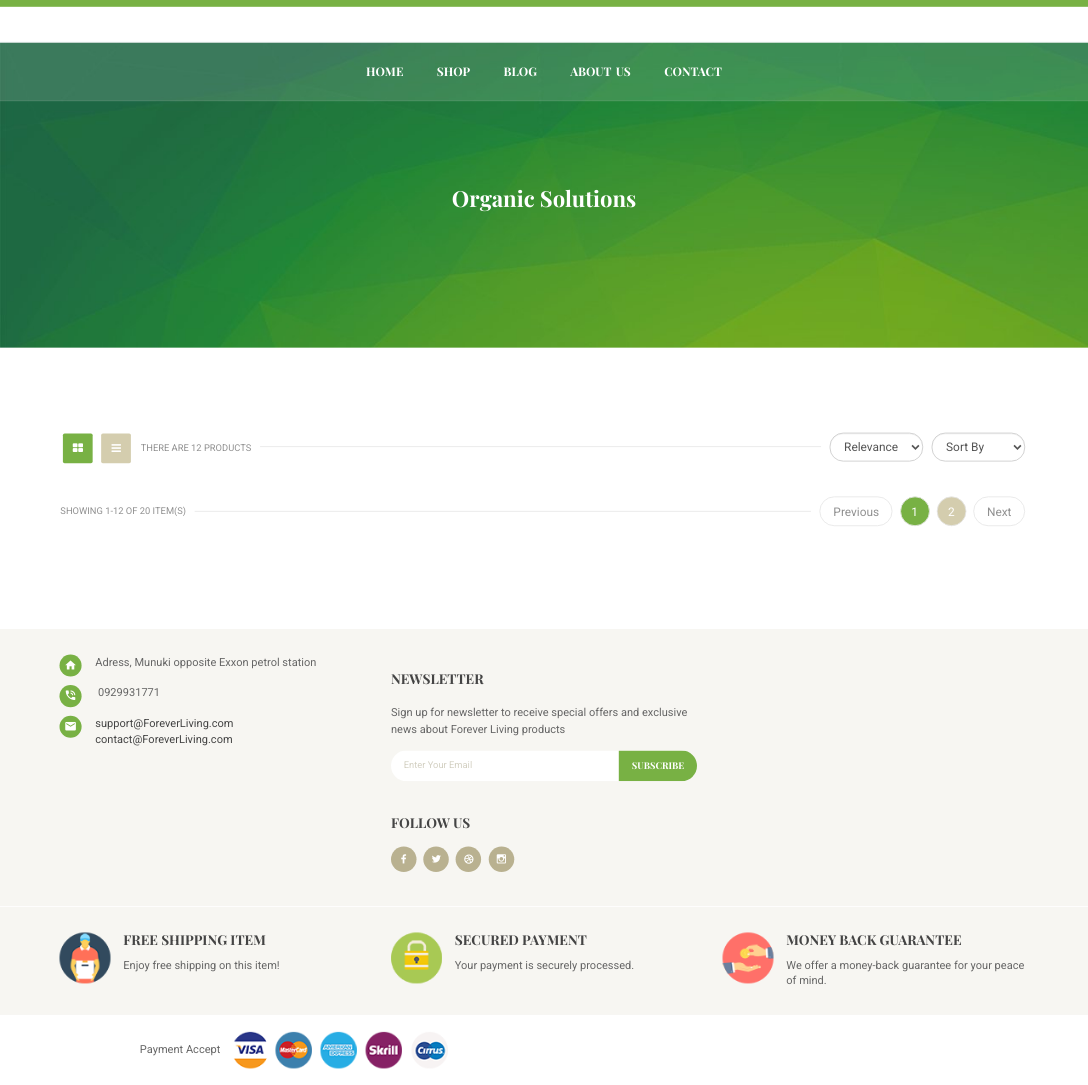
Repository: the-karanja/ForeverLiving2
Page: product-grid-full-width.html
An editor plug-in stored every save of this project. The page is shown before and after the next save, followed by the edit.
The browser window is 1280 px wide. The pictures show the whole page, at 85% of full size.
Some web fonts or font styles are not loaded; a fallback is used.

Above is the page before, as saved 2024-06-21 08:54:40.

After the next save:
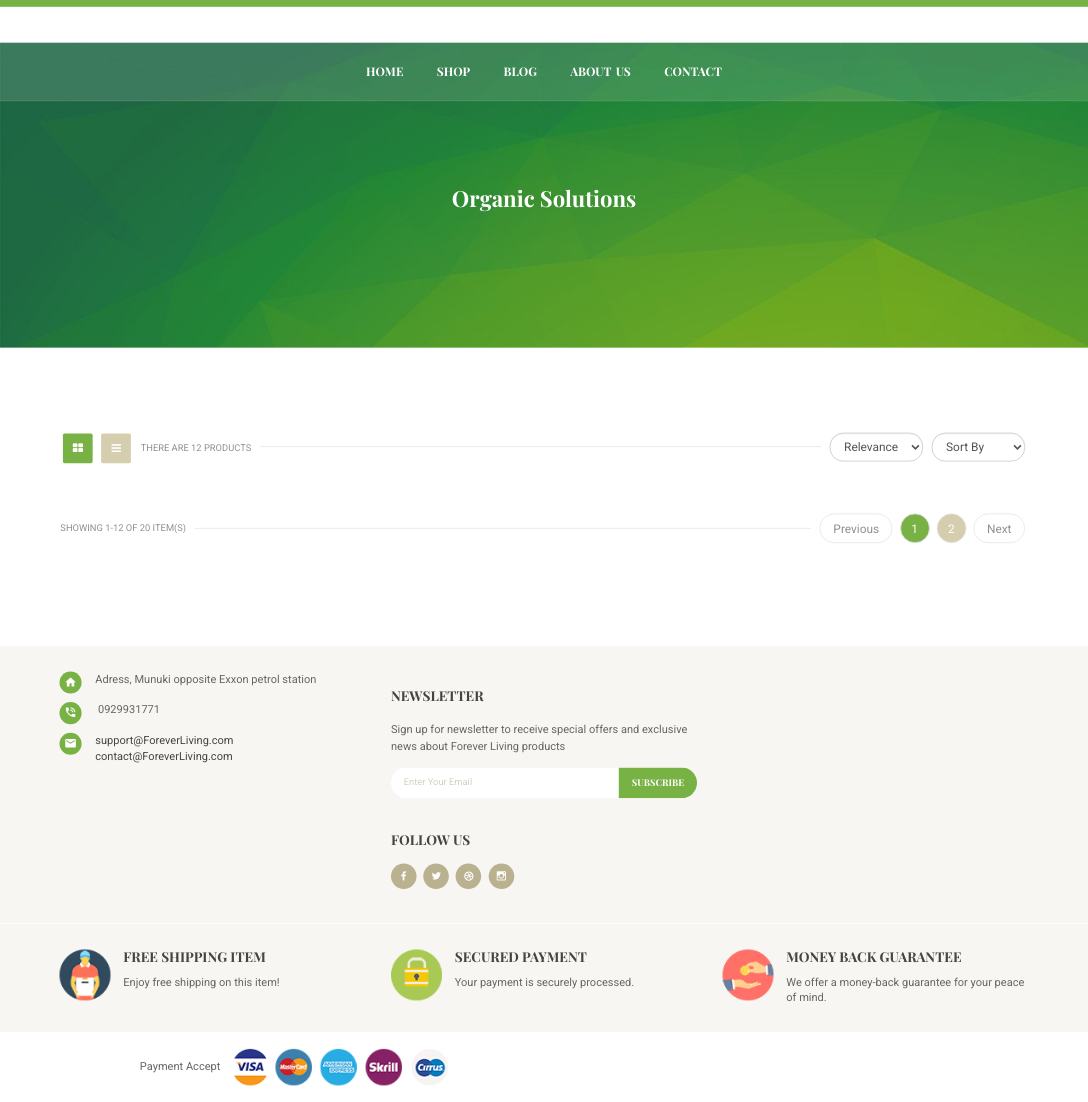
Saved 4 s later.
--- a/product-grid-full-width.html
+++ b/product-grid-full-width.html
@@ -254,7 +254,11 @@
 								<div class="tab-content">
 									<!-- Products Grid -->
 									<div class="tab-pane active" id="products-grid">
-
+										<div class="products-block">
+											<div class="row" id="products-row">
+												<!-- Product items will be rendered here -->
+											</div>
+										</div>
 									</div>
 
 
